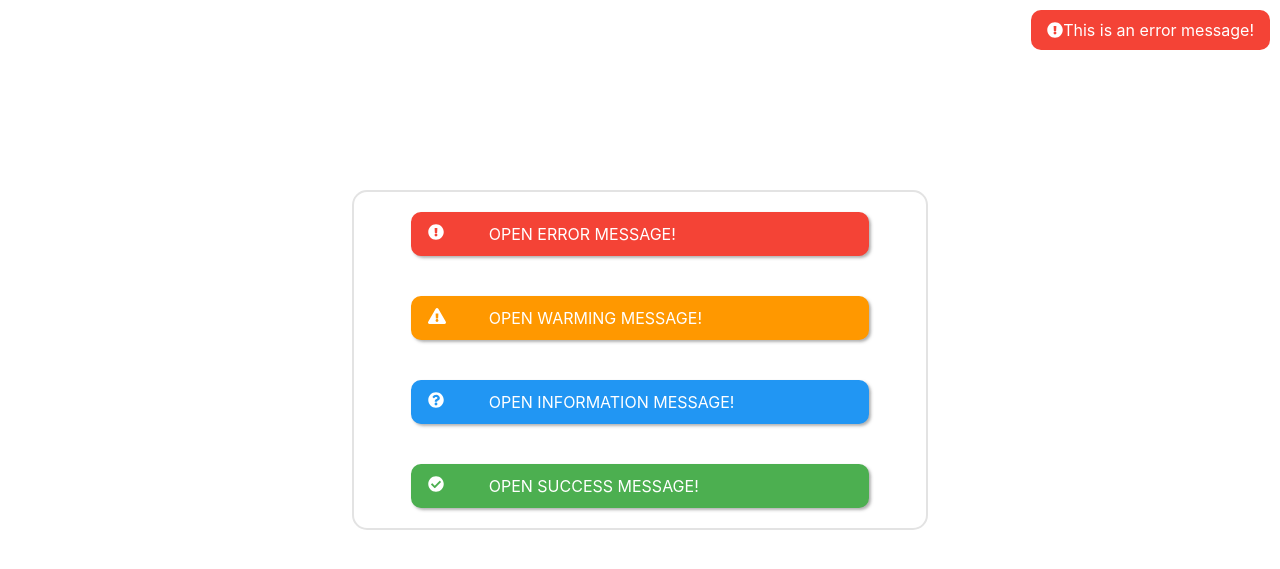
Repository: KrzysKolo/sr_tydzien5_zad2
Page: /, after clicking the first element matching `div.btn`
The author's editor kept a copy of each file at every save. The page is drawn from the files as they stood at one save, then again after the next save.
The browser window is 1280 px wide. The pictures show the whole page.
The project was rebuilt for these pictures with package versions that can differ from the ones it lists, and the page was loaded fresh each time.

Above is the page before, as saved 2020-12-28 04:44:52.

### public/index.html
<!DOCTYPE html>
<html lang="en">
  <head>
    <meta charset="utf-8" />
    <link rel="icon" href="%PUBLIC_URL%/favicon.ico" />
    <meta name="viewport" content="width=device-width, initial-scale=1" />
    <meta name="theme-color" content="#000000" />
    <meta
      name="description"
      content="Web site created using create-react-app"
    />
    <link rel="apple-touch-icon" href="%PUBLIC_URL%/logo192.png" />
    <!--
      manifest.json provides metadata used when your web app is installed on a
      user's mobile device or desktop. See https://developers.google.com/web/fundamentals/web-app-manifest/
    -->
    <link rel="manifest" href="%PUBLIC_URL%/manifest.json" />
    <!--
      Notice the use of %PUBLIC_URL% in the tags above.
      It will be replaced with the URL of the `public` folder during the build.
      Only files inside the `public` folder can be referenced from the HTML.

      Unlike "/favicon.ico" or "favicon.ico", "%PUBLIC_URL%/favicon.ico" will
      work correctly both with client-side routing and a non-root public URL.
      Learn how to configure a non-root public URL by running `npm run build`.
    -->
    <title>Zad 2 - snackbar</title>
  </head>
  <body>
    <noscript>You need to enable JavaScript to run this app.</noscript>
    <div id="root"></div>
    <!--
      This HTML file is a template.
      If you open it directly in the browser, you will see an empty page.

      You can add webfonts, meta tags, or analytics to this file.
      The build step will place the bundled scripts into the <body> tag.

      To begin the development, run `npm start` or `yarn start`.
      To create a production bundle, use `npm run build` or `yarn build`.
    -->
  </body>
</html>

### src/App.js
import React from 'react';
import Buttons from './components/Buttons';
import './App.css';
const App = () => {
  return (
    <div className="wrapper--btn">
      <Buttons />
    </div>
  )
}

export default App;

### src/components/Buttons.js
import React from 'react';
import ButtonsData from './../data/ButtonsData';
import Button from './Button';


const Buttons = () => {

    return (
        <>
            {ButtonsData.map(button =>
                <Button key={button.id} data={button} />
            )}

        </>
    )
}

export default Buttons;

### src/App.css
* {
  box-sizing: border-box;
  margin: 0;
}
body {
  width: 100vw;
  height: 100vh;
  display: flex;
  flex-direction: row;
  justify-content: center;
  align-items: center;
}
.wrapper--btn {
  border: 2px solid #e3e3e3;
  border-radius: 15px;
  width: 45vw;
  display: flex;
  flex-direction: column;
  justify-content: center;
  align-items: center;
}
.btn {
  border-radius: 10px;
  color: rgb(240, 239, 244);
  cursor: pointer;
  outline: none;
  padding: 10px 15px;
  margin: 20px;
  width: 80%;
  display: grid;
  grid-template-columns: 0.5fr 3fr;
  box-shadow: 2px 2px 3px rgba(102, 102, 102, 0.5);
  transition: all 0.3s ease-in-out;
}
.snackbar {
  font-size: 1rem;
  padding: 10px 16px;
  border-radius: 10px;
}
.error {
  color: white;
  background: rgb(244, 67, 54);
}

.success {
  color: rgb(124, 0, 0);
  background: rgb(76, 175, 80);
}
.information {
  color: yellow;
  background: rgb(33, 150, 243);
}

.warning {
  background: rgb(255, 152, 0);
  color: black;
}
.top-right {
  position: absolute;
  top: 10px;
  right: 10px;
}
.center-bottom {
  position: absolute;
  bottom: 30px;
  left: calc(100vw-50%);
}
.center-left {
  position: absolute;
  top: 25vh;
  left: 10px;
}
.bottom-right {
  position: absolute;
  bottom: 10px;
  right: 10px;
}

### src/data/ButtonsData.js
const ButtonsData = [
    {
      id: 0,
      name: "OPEN ERROR MESSAGE!",
      color: "rgb(244, 67, 54)",
      icon: "faExclamationCircle",
      type: "error",
      message: "This is an error message!",
      position: "top-right",
    },
    {
      id: 1,
      name: "OPEN WARMING MESSAGE!",
      color: "rgb(255, 152, 0)",
      icon: "faExclamationTriangle",
      type: "warning",
      message: "This is a warning message!",
      position: "center-bottom",
    },
    {
      id: 2,
      name: "OPEN INFORMATION MESSAGE!",
      color: "rgb(33, 150, 243)",
      icon: "faQuestionCircle",
      type: "information",
      message: "This is an information message!",
      position:"center-left",
    },
    {
      id: 3,
      name: "OPEN SUCCESS MESSAGE!",
      color: "rgb(76, 175, 80)",
      icon: "faCheckCircle",
      type: "success",
      message: "This is a success message!",
      position: "bottom-right",
    },

  ]
 export default ButtonsData;

### src/components/Button.js
import React, { useState } from 'react';
import Icons from './Icons';
import Snackbar from './Snackbar';


const Button = ({data } ) => {

    const [isHover, setIsHover] = useState(false);
    const OutStyle = {
        border: `2px solid ${data.color}`,
        background: data.color,
        color: "#fff",
      };

      const OverStyle = {
        border: `2px solid ${data.color}`,
        backgroundColor: "#fff",
        color: data.color,

      };
    const [shownSnackbar, setShownSnackbar] = useState(false);
    const handleClick = () => {

        setShownSnackbar(true);

    };
    return (
        <>

        <div className="btn"
        /* onClick={() => switchFunction(event)} */
        onClick={handleClick}
        style={isHover ? OverStyle : OutStyle}
        onMouseOver={() => setIsHover(true)}
        onMouseOut={() => setIsHover(false)}>
            <Icons icon={data.icon}/>
             {data.name}
        </div>
        {shownSnackbar && <Snackbar type={data.type} position={data.position} message={data.message} icon={data.icon} />}
        </>
    )
}

export default Button;

### src/components/Icons.js
import React from 'react';
import { FontAwesomeIcon } from '@fortawesome/react-fontawesome';
import { faCheckCircle, faQuestionCircle, faExclamationTriangle, faExclamationCircle } from '@fortawesome/free-solid-svg-icons';

const Icons = ({icon}) => {

        switch (icon) {
            case 'faExclamationCircle': return <FontAwesomeIcon icon={faExclamationCircle} />;
            case 'faExclamationTriangle': return <FontAwesomeIcon icon={faExclamationTriangle} />;
            case 'faQuestionCircle': return <FontAwesomeIcon icon={faQuestionCircle} />;
            case 'faCheckCircle': return <FontAwesomeIcon icon={faCheckCircle} />;
            default: return null;
            }



}

export default Icons;

### src/components/Snackbar.js
import React from 'react';
import Icons from './Icons';
const Snackbar = ({type, message, icon, position}) => {
    return (
        <div className={`snackbar ${type} ${position}`}>
           <Icons icon={icon} />{message}
        </div>
    )
}

export default Snackbar

Loaded but not shown: src/index.js (common file); src/index.css (common file)

After the next save:
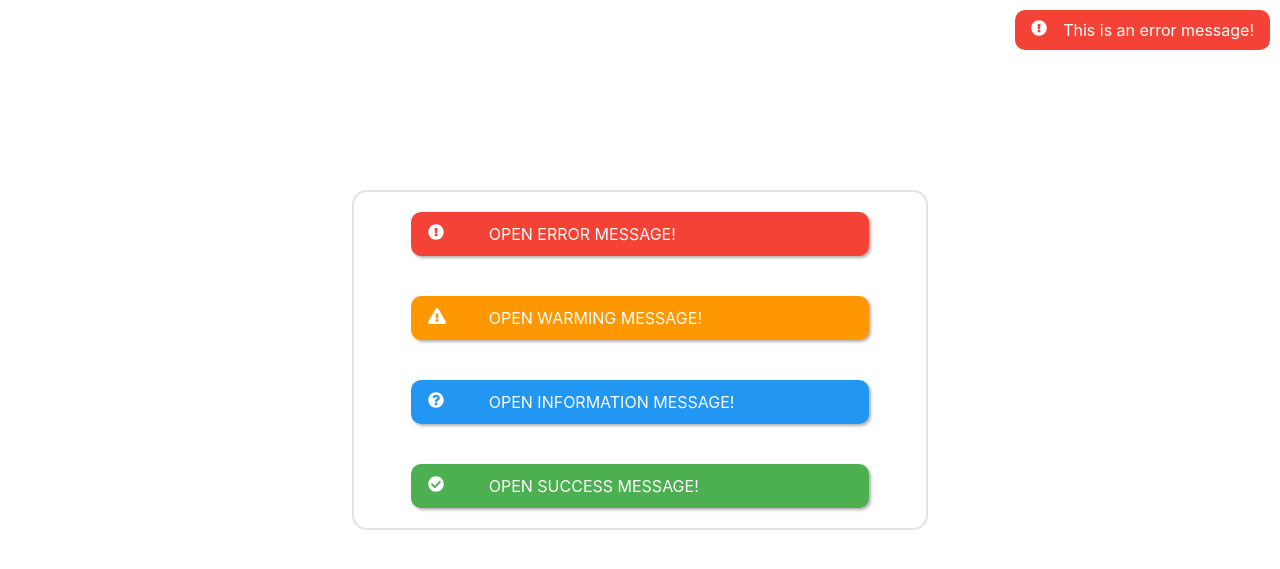
Saved 53 s later.
--- a/src/App.css
+++ b/src/App.css
@@ -36,6 +36,8 @@ body {
   font-size: 1rem;
   padding: 10px 16px;
   border-radius: 10px;
+  display: grid;
+  grid-template-columns: 0.5fr 3fr;
 }
 .error {
   color: white;
